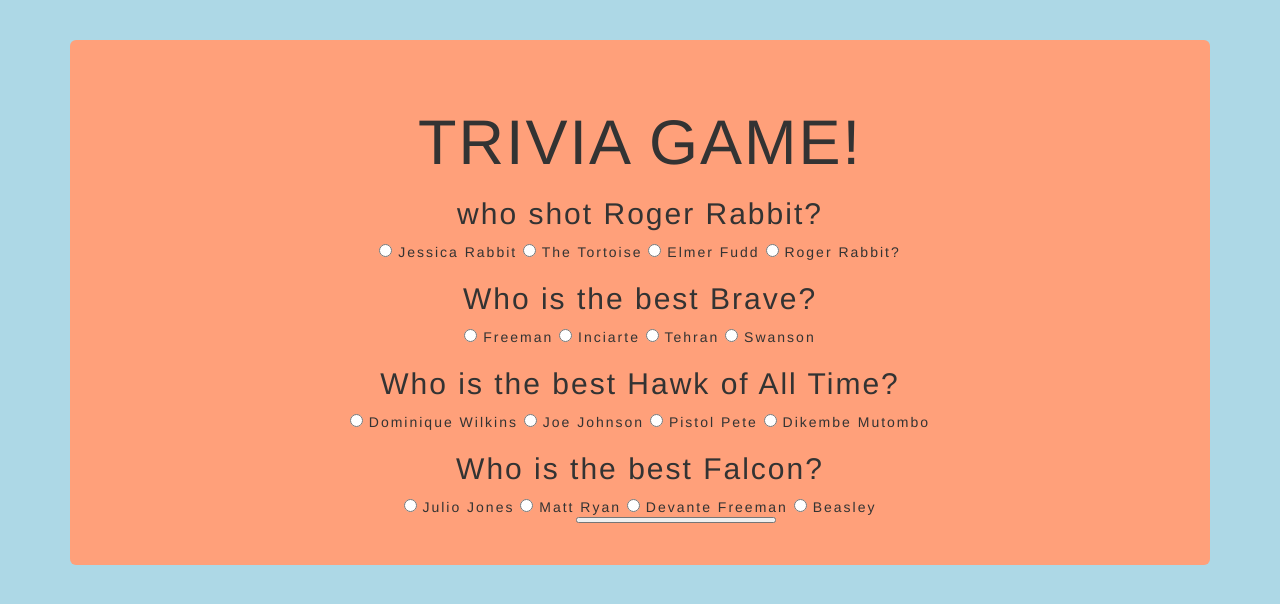
Repository: phiniezyc/TriviaGame
Page: index.html
These files come from the project's save history. The page is drawn as it stood at one moment and after the next save; the edit follows.
The browser window is 1280 px wide. The pictures show the whole page.
After loading, the first visible `#startGameButton` was clicked once.
Some web libraries are served in a nearby version.

Above is the page before, as saved 2017-09-14 01:04:05.

### index.html
<!DOCTYPE html>
<html lang="">
<head>
    <meta charset="utf-8">
    <meta name="viewport" content="width=device-width, initial-scale=1.0">
    <title>Quiz Game</title>
    <link rel="stylesheet" href="https://maxcdn.bootstrapcdn.com/bootstrap/3.3.7/css/bootstrap.min.css">
    <link rel="stylesheet" href="assets/css/style.css">
</head>

<body>

<div class="container">
<div class="row">

</div>
</div>
<div class="container">
    <div class="jumbotron">
        <div>
            <h1 id="gameHeading">TRIVIA GAME!</h1>
        </div>
        <div id="questionSection">
            <button id="startGameButton">Start Game</button>
        </div>
    </div>
</div>



<script src="https://ajax.googleapis.com/ajax/libs/jquery/3.2.1/jquery.min.js"></script>
<script src="assets/javascript/app.js"></script>
</body>
</html>

### assets/css/style.css
body {
    background-color: lightblue;
}

#gameHeading {
    text-align: center;
}

button {
    /*margin-left: 45%;*/
    /*text-align: center;*/
    width: 200px;
    position: absolute;
    left: 45%;
}


.jumbotron {
    background-color: lightsalmon;
    margin-top: 40px;
    text-align: center;
    letter-spacing: 2px;
}



/*
.!*answerSections {

    height: 100px;
    border-style: solid;
    border-width: 5px;
    text-align: center;
    font-size: 35px;
    width: 75%;
    margin: 0 auto;
    padding-top: 15px;
} *!*/

### assets/javascript/app.js

$("#startGameButton").on("click", function () {
    $("#startGameButton").remove();
    for (var i = 0; i < questions.length; i++) {
        $("#questionSection").append("<h2>" + questions[i].question + "</h2>");
        for (var j = 0; j < questions[i].answers.length; j++) {
            $("#questionSection").append("<input type = 'radio' name= 'questionsToAsk" + i + " 'value' " + questions[i].answers[j] + "'>" + questions[i].answers[j])
        }
    }
    $("#questionSection").after("<button value = 'hello' id = 'doneButton'>");
});

var questions = [{
    question: " who shot Roger Rabbit? ",
    answers: [" Jessica Rabbit ", " The Tortoise ", " Elmer Fudd ", " Roger Rabbit? "],
    correctAnswer: " Jessica Rabbit "
}, {
    question: " Who is the best Brave? ",
    answers: [" Freeman ", " Inciarte ", " Tehran ", " Swanson "],
    correctAnswer: "Freeman"
}, {
    question: " Who is the best Hawk of All Time? ",
    answers: [" Dominique Wilkins ", " Joe Johnson ", " Pistol Pete ", " Dikembe Mutombo "],
    correctAnswer: " Dominique Wilkins "
}, {
    question: " Who is the best Falcon? ",
    answers: [" Julio Jones ", " Matt Ryan ", " Devante Freeman ", " Beasley "],
    correctAnswer: " Julio Jones "
}];

After the next save:
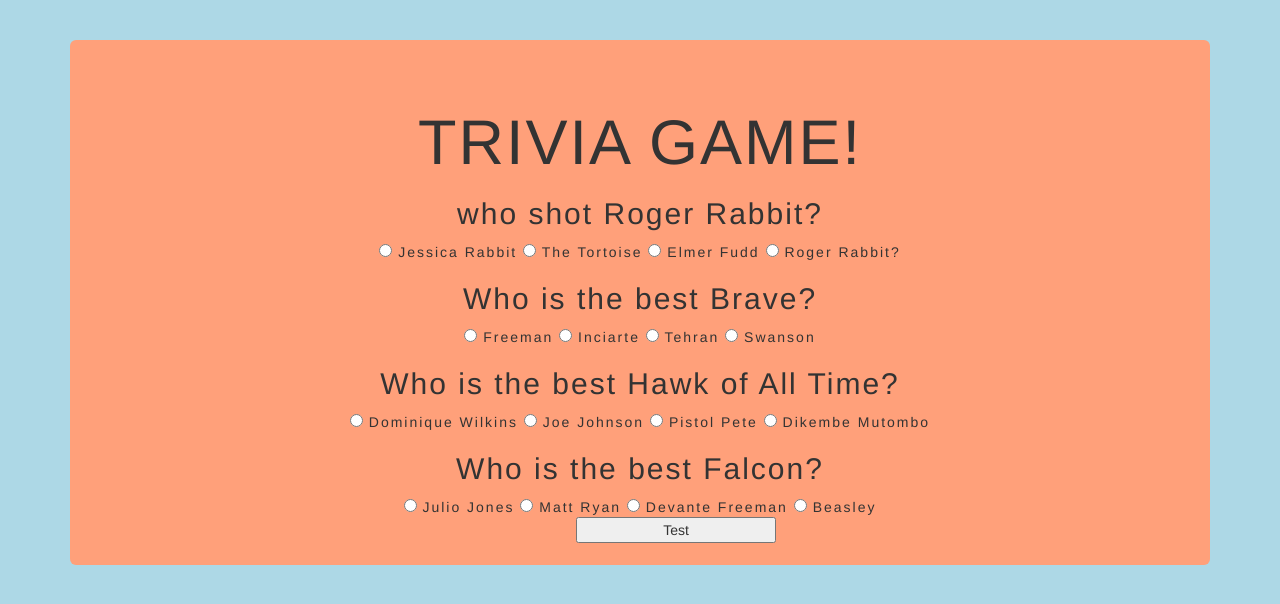
Saved 2 min 38 s later.
--- a/assets/javascript/app.js
+++ b/assets/javascript/app.js
@@ -7,7 +7,7 @@
             $("#questionSection").append("<input type = 'radio' name= 'questionsToAsk" + i + " 'value' " + questions[i].answers[j] + "'>" + questions[i].answers[j])
         }
     }
-    $("#questionSection").after("<button value = 'hello' id = 'doneButton'>");
+    $("#questionSection").after("<button value = 'hello' id = 'doneButton'> Test");
 });
 
 var questions = [{
